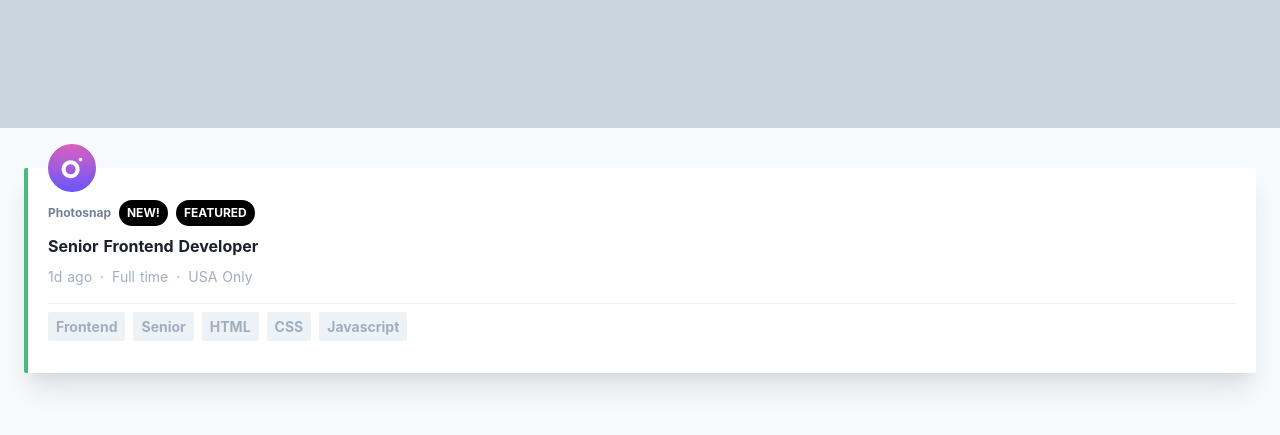
Repository: asongdon/frontendmentor-joblisting
Page: /
These files come from the project's save history. The page is drawn as it stood at one moment and after the next save; the edit follows.
The browser window is 1280 px wide. The pictures show the whole page.
The project was rebuilt for these pictures with package versions that can differ from the ones it lists, and the page was loaded fresh each time. The framework's server and built-in components were replaced by stand-ins that run in the browser. Also part of the build but not shown: nuxt.config.js.

Above is the page before, as saved 2020-04-12 21:02:06.

After the next save:
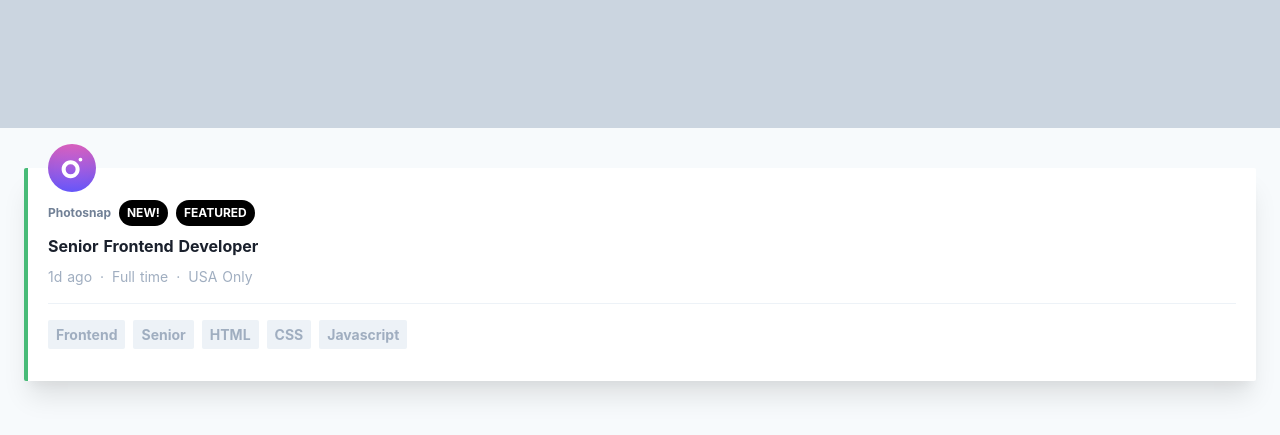
Saved 13 s later.
--- a/components/Maincard.vue
+++ b/components/Maincard.vue
@@ -30,7 +30,7 @@
       <div>USA Only</div>
     </div>
 
-    <div class="mt-2 flex flex-wrap justify-start">
+    <div class="mt-4 flex flex-wrap justify-start">
       <div
         class="px-2 py-1 bg-gray-200 text-gray-500 rounded-sm font-bold mr-2 mb-4 text-sm"
       >
